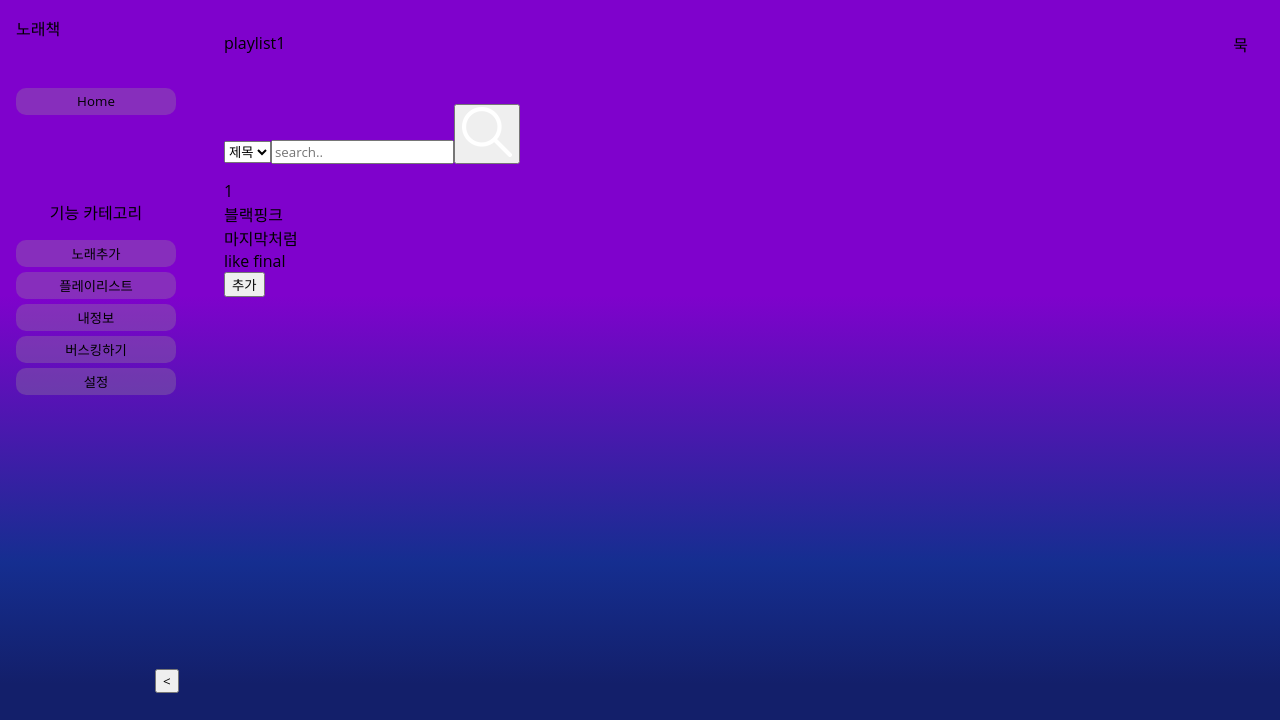
Repository: Unique0902/busking
Page: /app/add
The author's editor kept a copy of each file at every save. The page is drawn from the files as they stood at one save, then again after the next save.
The browser window is 1280 px wide. The pictures show the whole page.
The page's requests for data from a server got no answer. The project was rebuilt for these pictures with package versions that can differ from the ones it lists, and the page was loaded fresh each time. No one was signed in, and anything a server would have sent is missing. Also part of the build but not shown: src/routes/login/login.module.css, src/components/login_header/login_nav.module.css, src/components/login_header/login_nav.jsx, src/components/app_description/app_description.module.css, src/components/app_description/app_description.jsx, src/routes/login/login.jsx, src/routes/app/app_home/app_home.module.css, src/routes/app/app_home/app_home.jsx and 8 more.

Above is the page before, as saved 2022-08-30 14:14:24.

### public/index.html
<!DOCTYPE html>
<html lang="en">
  <head>
    <meta charset="utf-8" />
    <link rel="icon" href="%PUBLIC_URL%/favicon.ico" />
    <meta name="viewport" content="width=device-width, initial-scale=1" />
    <meta name="theme-color" content="#000000" />
    <meta
      name="description"
      content="Web site created using create-react-app"
    />
    <title>노래책</title>
  </head>
  <body>
    <noscript>You need to enable JavaScript to run this app.</noscript>
    <div id="root"></div>
  </body>
</html>

### src/index.js
import React from 'react';
import ReactDOM from 'react-dom/client';
import './index.css';
import App from './routes/app/app';
import { BrowserRouter, Routes, Route } from 'react-router-dom';
import Login from './routes/login/login';
import App_home from './routes/app/app_home/app_home';
import App_add from './routes/app/app_add/app_add';
import App_busking from './routes/app/app_busking/app_busking';
import App_inform from './routes/app/app_inform/app_inform';
import App_playlist from './routes/app/app_playlist/app_playlist';
import App_setting from './routes/app/app_setting/app_setting';
import axios from 'axios';
import Lastfm from './service/lastfm';

const root = ReactDOM.createRoot(document.getElementById('root'));
const httpClient = axios.create({
  baseURL: 'https://ws.audioscrobbler.com/2.0',
  params: { api_key: process.env.REACT_APP_LASTFM_API_KEY },
});
const lastfm = new Lastfm(httpClient);

root.render(
  <React.StrictMode>
    <BrowserRouter>
      <Routes>
        <Route path='/' element={<Login />} />
        <Route path='app' element={<App />}>
          <Route path='home' element={<App_home />} />
          <Route path='add' element={<App_add lastfm={lastfm} />} />
          <Route path='busking' element={<App_busking />} />
          <Route path='inform' element={<App_inform />} />
          <Route path='playlist' element={<App_playlist />} />
          <Route path='setting' element={<App_setting />} />
        </Route>
      </Routes>
    </BrowserRouter>
  </React.StrictMode>
);

### src/index.css
* {
  box-sizing: border-box;
  font-family: 'Open Sans', sans-serif;
}

button {
  cursor: pointer;
}
li {
  list-style: none;
}
body {
  margin: 0;
}
p,
h1,
h2 {
  margin: 0;
}
ul {
  padding: 0;
}

### src/routes/app/app.jsx
import Sidebar from '../../components/sidebar/sidebar';
import './app.module.css';
import styles from './app.module.css';
import { Routes, Route, Outlet } from 'react-router-dom';
import App_header from '../../components/app_header/app_header';

function App() {
  return (
    <section className={styles.app}>
      <Sidebar />
      <main className={styles.main}>
        <App_header />
        <Outlet />
      </main>
    </section>
  );
}

export default App;

### src/routes/app/app_add/app_add.jsx
import React, { useRef } from 'react';
import { useState } from 'react';
import styles from './app_add.module.css';
import SearchResult from '../../../components/searchResult/searchResult';

const App_add = ({ lastfm }) => {
  const [searchResults, setSearchResults] = useState([]);
  const searchRef = useRef();
  const selectRef = useRef();
  const search = () => {
    if (searchRef.current.value) {
      if (selectRef.current.value === '제목') {
        lastfm
          .searchSongByName(searchRef.current.value)
          .then((result) => setSearchResults(result.trackmatches.track));
      } else if (selectRef.current.value === '가수') {
        lastfm
          .searchSongByArtist(searchRef.current.value)
          .then((result) => setSearchResults(result.trackmatches.track));
      }
    }
  };
  return (
    <>
      <header>
        <select ref={selectRef}>
          <option value='제목'>제목</option>
          <option value='가수'>가수</option>
        </select>
        <input
          type='search'
          placeholder='search..'
          ref={searchRef}
          onChange={() => {
            search();
          }}
        />
        <button type='submit'>
          <img src='/images/search.png' alt='search' />
        </button>
      </header>
      <section className={styles.results}>
        <ul>
          {searchResults &&
            searchResults.map((result) => (
              <SearchResult
                key={searchResults.indexOf(result)}
                index={searchResults.indexOf(result) + 1}
                result={result}
                btnText='추가'
              />
            ))}
          <li>
            <p className={styles.index}>1</p>
            <p className={styles.singer}>블랙핑크</p>
            <p className={styles.title}>마지막처럼</p>
            <p className={styles.album}>like final</p>
            <button
              onClick={() => {
                lastfm
                  .searchSongByName('venom')
                  .then((result) =>
                    console.log(result.trackmatches.track[0].name)
                  );
              }}
              className={styles.addBtn}
            >
              추가
            </button>
          </li>
        </ul>
      </section>
    </>
  );
};

export default App_add;

### src/service/lastfm.js
'use strict';

class Lastfm {
  constructor(httpClient) {
    this.lastfm = httpClient;
  }
  async searchSongByName(title) {
    const response = await this.lastfm.get('', {
      params: {
        method: 'track.search',
        track: title,
        limit: '10',
        format: 'json',
      },
    });
    return response.data.results;
  }
  async searchSongByArtist(artist) {
    const response = await this.lastfm.get('', {
      params: {
        method: 'track.search',
        track: ' ',
        artist: artist,
        limit: '10',
        format: 'json',
      },
    });
    return response.data.results;
  }
  async searchArtist(artist) {
    const response = await this.lastfm.get('', {
      params: {
        method: 'artist.search',
        artist: artist,
        format: 'json',
      },
    });
    return response.data.results;
  }
  async searchTopTrackByCorrectArtist(mbid) {
    const response = await this.lastfm.get('', {
      params: {
        method: 'artist.gettoptrack',
        mbid: mbid,
        format: 'json',
      },
    });
    return response.data.results;
  }
}

export default Lastfm;

### src/components/sidebar/sidebar.jsx
import React from 'react';
import styles from './sidebar.module.css';
import { useNavigate } from 'react-router-dom';

const Sidebar = (props) => {
  let navigate = useNavigate();
  return (
    <>
      <aside className={styles.sideBar}>
        <div className={styles.logo}>
          <img src='' alt='' />
          <p>노래책</p>
        </div>
        <ul className={styles.list}>
          <li>
            <button
              onClick={() => {
                navigate('home');
              }}
              className={styles.listBtn}
            >
              Home
            </button>
          </li>
          <li>
            <p className={styles.category}>기능 카테고리</p>
          </li>
          <li>
            <button
              onClick={() => {
                navigate('add');
              }}
              className={styles.listBtn}
            >
              노래추가
            </button>
          </li>
          <li>
            <button
              onClick={() => {
                navigate('playlist');
              }}
              className={styles.listBtn}
            >
              플레이리스트
            </button>
          </li>
          <li>
            <button
              onClick={() => {
                navigate('inform');
              }}
              className={styles.listBtn}
            >
              내정보
            </button>
          </li>
          <li>
            <button
              onClick={() => {
                navigate('busking');
              }}
              className={styles.listBtn}
            >
              버스킹하기
            </button>
          </li>
          <li>
            <button
              onClick={() => {
                navigate('setting');
              }}
              className={styles.listBtn}
            >
              설정
            </button>
          </li>
          <li>
            <button className={styles.closeBtn}> {'<'} </button>
          </li>
        </ul>
      </aside>
    </>
  );
};

export default Sidebar;

### src/routes/app/app.module.css
@value makerWhite from  '../../common/colors.css';

.app {
  background: rgb(127, 2, 204);
  background: linear-gradient(
    180deg,
    rgba(127, 2, 204, 1) 41%,
    rgba(21, 46, 144, 1) 78%,
    rgba(19, 31, 106, 1) 95%
  );
  color: makerWhite;
  height: 100vh;
  display: flex;
}

.main {
  flex-basis: 85%;
  padding: 2em;
}

### src/components/app_header/app_header.jsx
import React from 'react';
import styles from './app_header.module.css';

const App_header = (props) => {
  return (
    <>
      <header className={styles.header}>
        <div className={styles.playlists}>playlist1</div>
        <div className={styles.users}>묵</div>
      </header>
    </>
  );
};

export default App_header;

### src/routes/app/app_add/app_add.module.css
.results {
  overflow-y: scroll;
  height: 30em;
}
.searchBar {
  margin-bottom: 2em;
}

### src/components/sidebar/sidebar.module.css
@value makerWhite from  '../../common/colors.css';
@value makerBlack from  '../../common/colors.css';
@value makerLightGrey from  '../../common/colors.css';
@value makerGrey from  '../../common/colors.css';
@value fontBigg from  '../../common/size.css';
@value fontMedium from  '../../common/size.css';
@value fontMediumm from  '../../common/size.css';
@value fontSmall from  '../../common/size.css';

.sideBar {
  flex-basis: 15%;
  padding: 1em;
  background-color: makerBlack;
  color: makerWhite;
  position: relative;
}
.logo {
  display: flex;
  font-size: fontBigg;
  margin-bottom: 3em;
}
.category {
  color: makerLightGrey;
  font-size: fontMediumm;
  text-align: center;
  margin-top: 5em;
  margin-bottom: 1em;
}

.listBtn {
  background-color: rgba(151, 149, 149, 0.3);
  border: none;
  border-radius: 10px;
  height: 2em;
  margin-bottom: 0.4em;
  width: 100%;
  font-size: fontMedium;
  color: makerWhite;
}
.list > li {
  width: 100%;
}
.closeBtn {
  position: absolute;
  right: 1em;
  bottom: 2em;
  background-color: makerBlack;
  color: makerWhite;
}

### src/components/app_header/app_header.module.css
.header {
  display: flex;
  justify-content: space-between;
  margin-bottom: 3em;
}

Loaded but not shown: src/routes/app/app_inform/app_inform.module.css (no stored copy; drawn as an empty file); src/routes/app/app_setting/app_setting.module.css (no stored copy; drawn as an empty file)

After the next save:
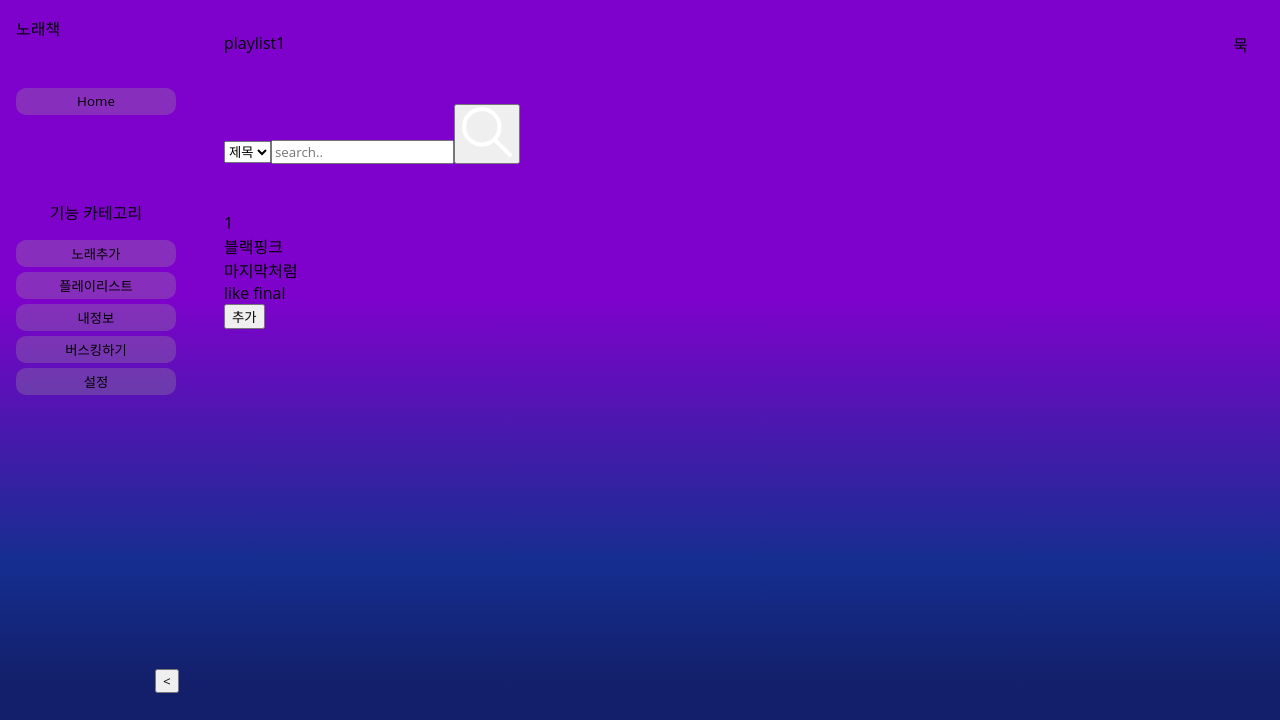
Saved 7 s later.
--- a/src/routes/app/app_add/app_add.jsx
+++ b/src/routes/app/app_add/app_add.jsx
@@ -22,7 +22,7 @@ const App_add = ({ lastfm }) => {
   };
   return (
     <>
-      <header>
+      <header className={styles.searchBar}>
         <select ref={selectRef}>
           <option value='제목'>제목</option>
           <option value='가수'>가수</option>
